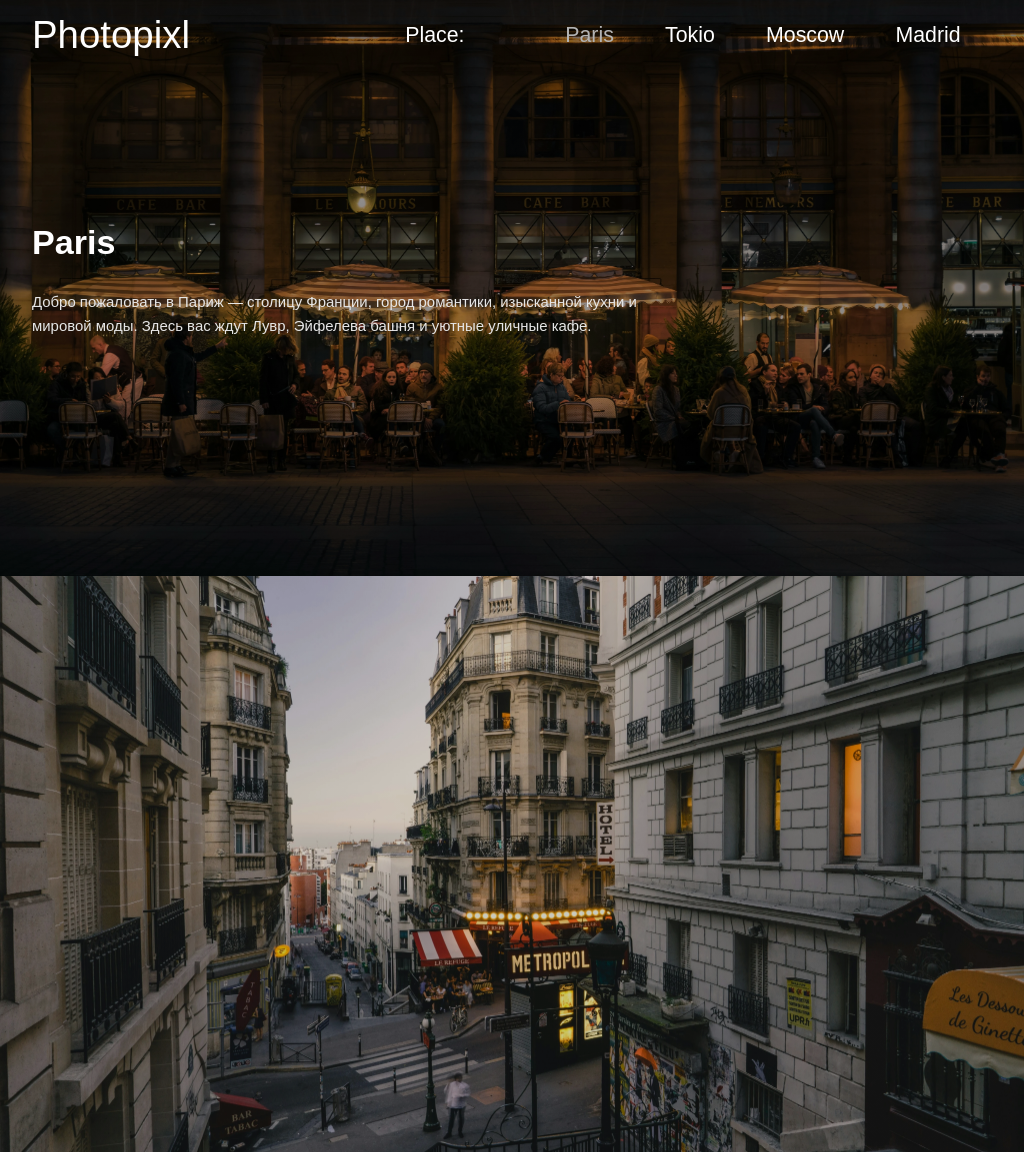
Repository: git-daniil/place-site
Page: index.html
The author's editor kept a copy of each file at every save. The page is drawn from the files as they stood at one save, then again after the next save.
The browser window is 1280 px wide. The pictures show the whole page, at 80% of full size.
Backgrounds fixed to the window are drawn as part of the page. Some web fonts or font styles are not loaded; a fallback is used.

Above is the page before, as saved 2026-05-19 18:09:21.

After the next save:
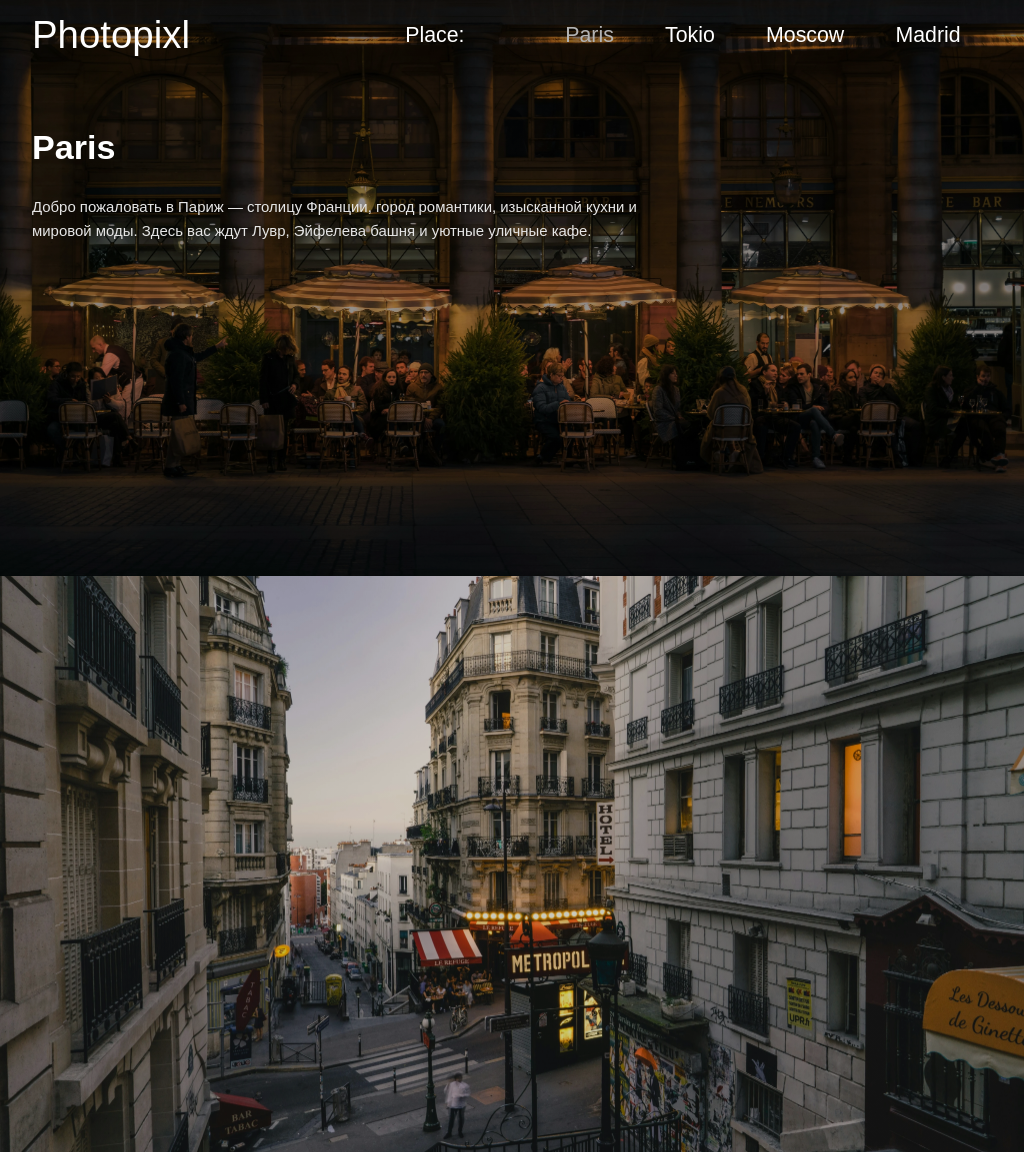
Saved 3 min 2 s later.
--- a/style.css
+++ b/style.css
@@ -9,6 +9,10 @@
     src: local('Seenonim'), url('fonts/Seenonim.woff2') format('woff2');
     font-weight: normal;
     font-style: normal;
+}
+
+html {
+    scroll-behavior: smooth;
 }
 
 body {
@@ -74,8 +78,8 @@ body {
     background-repeat: no-repeat;
     background-attachment: fixed;
     height: 100vh;
-    display: flex;
-    align-items: center;
+    padding-top: 100px;
+    box-sizing: border-box;
 }
 
 .content-section {
